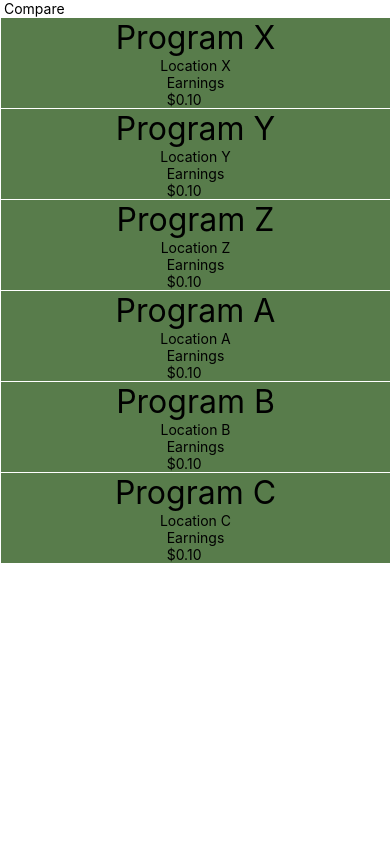
Repository: ct-pham/COMP4511
Screen: / (app in comp4511/)
An editor plug-in stored every save of this project. The screen is shown before and after the next save, followed by the edit.
The app was drawn by React Native's web renderer in a window 390 px wide. The project was rebuilt for these pictures with package versions that can differ from the ones it lists, and the page was loaded fresh each time. Some packages were replaced by stand-ins written for this rebuild. Also part of the build but not shown: comp4511/Components/Homepage.js, comp4511/Components/AllEarnings.js, comp4511/Components/ProgramEarnings.js, comp4511/Components/Register.js, comp4511/Components/Login.js.

Above is the screen before, as saved 2022-11-09 18:47:57.

After the next save:
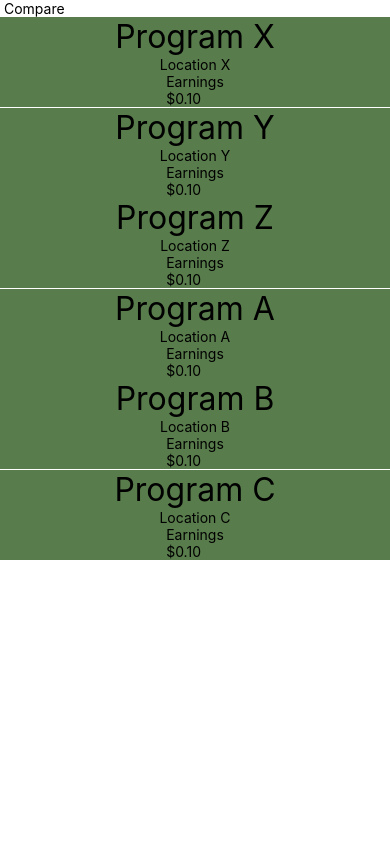
Saved 9 s later.
--- a/comp4511/Components/compareProgram/Items.js
+++ b/comp4511/Components/compareProgram/Items.js
@@ -49,7 +49,7 @@ const styles = StyleSheet.create({
     programContainer: {
         backgroundColor: '#587C4B',
         alignItems: 'center',
-        margin: 0.5,
+        marginBottom: 0.5,
     },
 
 });
